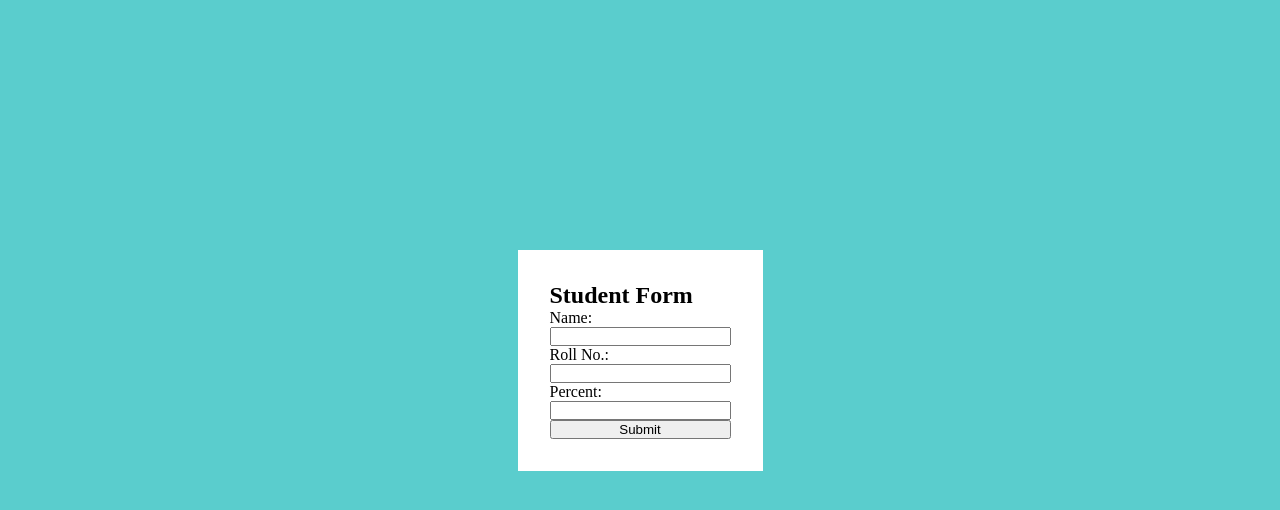
Repository: deeptimahisare1206/Todo_List
Page: http://localhost/Hib_Nest/
The author's editor kept a copy of each file at every save. The page is drawn from the files as they stood at one save, then again after the next save.
The browser window is 1280 px wide. The pictures show the whole page.
The page is served by Tomcat 10. Other server files are loaded and not shown.

Above is the page before, as saved 2024-11-09 10:57:02.

### Hib_Nest/src/main/webapp/index.jsp
<%@ page language="java" contentType="text/html; charset=UTF-8"
	pageEncoding="UTF-8"%>
<html>
<head>
<style>
*{
margin:0;
padding:0;
box-sizing: border-box;

}
body {
	display: grid;
	place-items: center;
	background-color: #5acdcd;
	gap: 2rem;
}

div{
padding:2rem;
	background-color: white;
}
form{
	display: flex;
	flex-direction: column;

}
</style>
</head>
<body>
<div>
	<h2>Student Form</h2>

	<form action="Register" method="get">
		<label>Name:</label><input type="text" name="name"><label>Roll
			No.: </label> <input type="number" name="roll"> <label>Percent:
		</label><input type="number" name="percent"> <input type="submit"
			value="Submit">
	</form>
	</div>
</body>
</html>

After the next save:
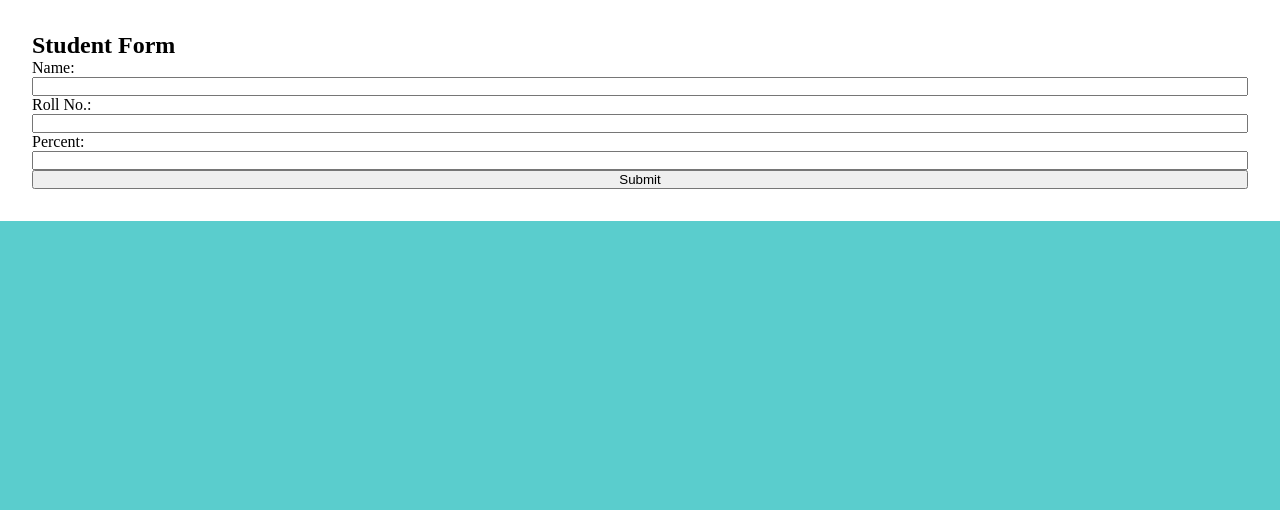
Saved 119 s later.
--- a/Hib_Nest/src/main/webapp/index.jsp
+++ b/Hib_Nest/src/main/webapp/index.jsp
@@ -10,8 +10,6 @@ box-sizing: border-box;
 
 }
 body {
-	display: grid;
-	place-items: center;
 	background-color: #5acdcd;
 	gap: 2rem;
 }
